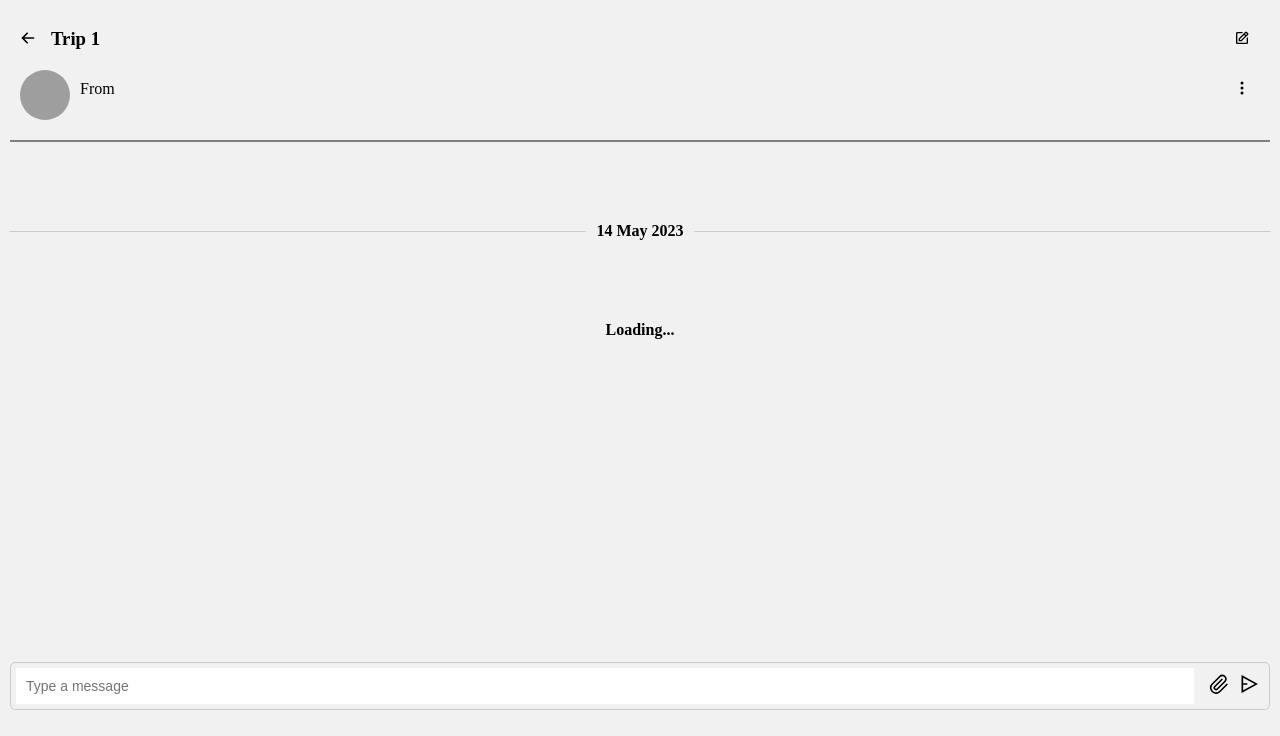
Repository: Abhi2359/PWA_Corider
Page: /
An editor plug-in stored every save of this project. The page is shown before and after the next save, followed by the edit.
The browser window is 1280 px wide. The pictures show the whole page.
Pictures or frames that could not be fetched are drawn as grey boxes. The page's requests for data from a server got no answer. The project was rebuilt for these pictures with package versions that can differ from the ones it lists, and the page was loaded fresh each time. No one was signed in, and anything a server would have sent is missing. Also part of the build but not shown: vite.config.js, src/chatInput/Chat.css, src/chatInput/Chat.jsx.

Above is the page before, as saved 2023-05-14 20:28:11.

### src/App.jsx
import { useEffect, useState ,lazy,Suspense,useCallback} from "react";
import styles from "./App.css";
import { fetchData } from "./api/fetchData";
import Header from "./Header/Header";
import Chat from "./chatInput/Chat";
import ChatInput from "./chatInput/ChatInput";
import InfiniteScroll from "react-infinite-scroll-component";
import LazyLoad from "react-lazy-load";
const LazyChat = lazy(() => import("./chatInput/Chat"));

function App() {
  const [data, setData] = useState([]);
  const [isLoading, setIsLoading] = useState(false);
  const [error, setError] = useState(null);
  const [currentPage, setCurrentPage] = useState(1);
  const [hasMore, setHasMore] = useState(true);
  const [from, setFrom] = useState("");
  const [to, setTo] = useState("");

  const fetchDataFromApi = useCallback(async () => {
    if (!hasMore) return;
    setIsLoading(true);

    try {
      const apiData = await fetchData(currentPage);
      const apiResponse = apiData.chats;

      if (apiResponse.length === 0) {
        setHasMore(false);
      } else {
        setData((prevData) => [...prevData, ...apiResponse]);
        setCurrentPage((prevPage) => prevPage + 1);
      }
    } catch (error) {
      setError(error.message);
    }

    setIsLoading(false);
  }, [currentPage, hasMore]);

  useEffect(() => {
    fetchDataFromApi();
  }, [fetchDataFromApi]);

  const handleScroll = useCallback(() => {
    const scrollTop =
      (document.documentElement && document.documentElement.scrollTop) ||
      document.body.scrollTop;
    const scrollHeight =
      (document.documentElement && document.documentElement.scrollHeight) ||
      document.body.scrollHeight;
    const clientHeight =
      document.documentElement.clientHeight || window.innerHeight;
    const scrollPosition = scrollTop + clientHeight;

    if (scrollPosition >= scrollHeight - 200) {
      fetchDataFromApi();
    }
  }, [fetchDataFromApi]);

  useEffect(() => {
    window.addEventListener("scroll", handleScroll);
    return () => window.removeEventListener("scroll", handleScroll);
  }, [handleScroll]);
  return (
    <>
      <div className="layout">
        <div className="header_section">
          <Header />
          <div className="chat_container">
            <InfiniteScroll
              dataLength={data.length}
              next={fetchDataFromApi}
              hasMore={hasMore}
              scrollThreshold={0.8}
              className="chat_list"
              loader={<h4 style={{ textAlign: "center" }}>Loading...</h4>}
            >
              <ul className="chat_list">
                {data.map((chat) => (
                  <li key={chat.id}>
                    <Suspense fallback={<div>Loading...</div>}>
                      <LazyChat
                        message={chat.message}
                        image={chat.sender.image}
                      />
                    </Suspense>
                  </li>
                ))}
              </ul>
            </InfiniteScroll>
          </div>
        </div>
         <div>
          <footer className="footer">
            <ChatInput />
          </footer>
        </div>
      </div>
    </>
  );
}

export default App;

### src/App.css
.layout{
    position: relative;
width: 100%;
height: 100vh;
background: #FAF9F4;
border-radius: 32px;
}

.header_section {
    position: fixed;
    top: 0;
    left: 0;
    right: 0;
    background-color: #f1f1f1;
    padding: 10px;
    z-index: 1;
  }

  .chat_container {
    margin-top: 60px; /* Adjust the margin to give space below the fixed header */
    overflow: auto;
    flex-grow: 1;
    height: calc(100vh - 120px); /* Adjust the height based on header and footer heights */
  }

  .chat_list {
    list-style: none;
    padding: 0;
    margin: 0;
  }

  .footer {
    position: fixed;
    bottom: 0;
    left: 0;
    right: 0;
    background-color: #f1f1f1;
    padding: 10px;
    z-index: 1;
  }

  /* Optional styles for scrollable chat section */
  .chat_container::-webkit-scrollbar {
    width: 8px;
  }

  .chat_container::-webkit-scrollbar-track {
    background-color: #f1f1f1;
  }

  .chat_container::-webkit-scrollbar-thumb {
    background-color: #888;
    border-radius: 4px;
  }

  .chat_container::-webkit-scrollbar-thumb:hover {
    background-color: #555;
  }

### src/api/fetchData.jsx
import axios from "axios";

const API_URL = "http://3.111.128.67/assignment/chat";

export const fetchData = async (page) => {
    try {
      const response = await axios.get(`http://3.111.128.67/assignment/chat?page=${page}`, {
        params: { page },
      });
      return response.data;
    } catch (error) {
      throw new Error('Error while fetching data');
    }
  };

### src/Header/Header.jsx
import React ,{useState}from "react";
import { HiArrowLeft } from "react-icons/hi";
import { BiEdit } from "react-icons/bi";
import { BsThreeDotsVertical } from "react-icons/bs";
import styles from "./Header.css"
import Card from "../Card/Card";

const Header = ({ from, to }) => {
  const [isCardVisible, setIsCardVisible] = useState(false);

  const handleToggleCard = () => {
    setIsCardVisible(!isCardVisible);
  };
  return (
    <>
      <div className="header">
        <div className="trip">
          <div className="icon">
            <HiArrowLeft />
          </div>
          <div className="trip_no">
            <h3 className="no">Trip 1</h3>
          </div>
          <div className="edit_icon">
            <BiEdit />
          </div>
        </div>
        <div className="trip_details">
          <div className="user_icon">
            <img
              src="https://fastly.picsum.photos/id/1072/160/160.jpg?hmac=IDpbpA5neYzFjtkdFmBDKXwgr-907ewXLa9lLk9JuA8"
              alt=""
            />
          </div>
          <div className="travel_data">From {from}</div>
          <div className="dot_icon" onClick={handleToggleCard}>
            <BsThreeDotsVertical />
          </div>
        </div>
        <div className="toggle-card">
        {isCardVisible && <Card  />}
        </div>
        <div className="horizontal_line">

        <div className="line"></div>
        </div>
        <div className="date_section">
          <div className="date_line"></div>
          <div className="date">14 May 2023</div>
          <div className="date_line"></div>
        </div>
      </div>
    </>
  );
};

export default Header;

### src/chatInput/ChatInput.jsx
import React from 'react'
import {GrAttachment}  from "react-icons/gr"
import {RiSendPlane2Line}  from "react-icons/ri"
import styles from "./ChatInput.css"
const ChatInput = () => {
  return (
  <>


  <div class="chat-input-container">
  <input type="text" class="chat-input" placeholder="Type a message"/>
  <div class="icon-container">
   <div className="attachment"><GrAttachment/></div>
   <div className="send"><RiSendPlane2Line/></div>
  </div>
</div>


  </>
  )
}

export default ChatInput

### src/Header/Header.css
.header {
  height: 40%;
  width: 100%;
  box-shadow: darkgrey;
  position: relative;
}

.trip {
  padding-top: 20px;
  padding-left: 10px;
  display: flex;
  flex-direction: row;
  justify-content: space-between;
  height: 20%;
}

.icon {
  margin-right: 5px;
}

.trip_no {
  margin-right: auto;

  width: auto;
  padding: 10px 10px;
  height: 30px;
  margin-top: -10px;
}
.trip_no h3 {
  margin-top: -2px;
}

.edit_icon {
  margin-right: 20px;
}

.trip_details {
  display: flex;
  flex-direction: row;
  justify-content: space-between;
  padding-left: 10px;
  height: 40%;
}

.travel_data {
  margin-right: auto;
  margin-top: 10px;
}

.user_icon {
  width: 50px;
  height: 50px;
  border-radius: 50%;
  overflow: hidden;
  margin-right: 10px;
}

.user_icon img {
  width: 100%;
  height: 100%;
  object-fit: cover;
}

.dot_icon {
  margin-top: 10px;
  margin-right: 20px;
}

.horizontal_line {
  padding-top: 20px;
}
.line {
  border: 1px solid grey;
  height: 0px;
  background-color: black;
}

.date_section {
    display: flex;
    align-items: center;
    margin-bottom: 10px;
    margin-top: 80px;
  }

  .date_line {
    flex-grow: 1;
    height: 1px;
    background-color: #ccc;
  }

  .date {
    margin: 0 10px;
    font-weight: bold;
  }

### src/chatInput/ChatInput.css
.chat-input-container {
    display: flex;
    align-items: center;
    border: 1px solid #ccc;
    border-radius: 5px;
    padding: 5px;
  }

  .chat-input {
    flex-grow: 1;
    border: none;
    outline: none;
    padding: 10px;
    font-size: 14px;
  }

  .icon-container {
    display: flex;
    align-items: center;
    margin-left: 10px;
  }

  .attachment,
  .send {
    cursor: pointer;
    padding: 5px;
  }

  .attachment:hover,
  .send:hover {
    background-color: #f1f1f1;
    border-radius: 50%;
  }

  .attachment > svg,
  .send > svg {
    width: 20px;
    height: 20px;
  }

### src/Card/Card.jsx
import React from "react";
import { FiUsers, FiPhoneCall, FiAlertCircle } from "react-icons/fi";

const Card = () => {
  return (
    <div className="card-body">
      <div className="members">
        <div className="icon">
          <FiUsers />
        </div>

        <div className="text">
          <p>Members</p>
        </div>
      </div>
      <div className="share-members">
        <div className="icon">
          <FiPhoneCall />
        </div>
        <div className="text">
          <p>Share Members</p>
        </div>
      </div>
      <div className="report">
        <div className="icon">
          <FiAlertCircle />
        </div>
        <div className="text">
          <p>Report</p>
        </div>
      </div>
    </div>
  );
};

export default Card;

Loaded but not shown: index.html (common file); src/main.jsx (common file)

After the next save:
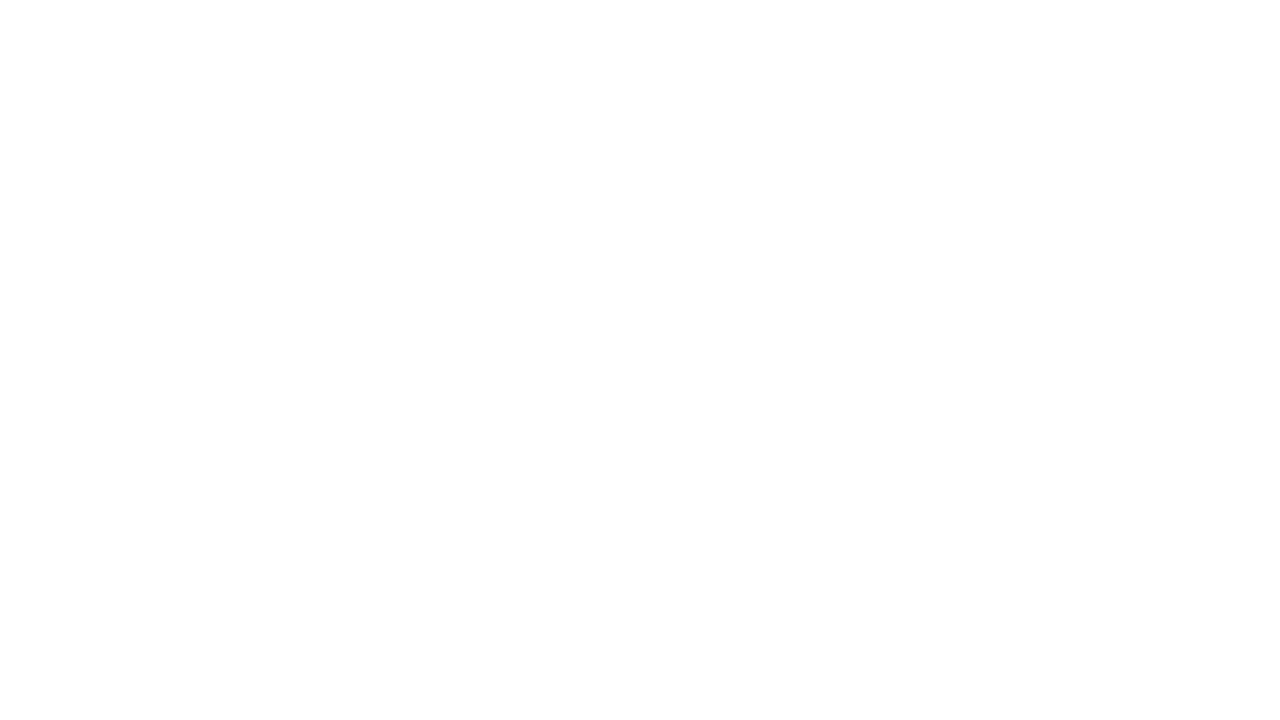
Console error: ReferenceError: impo is not defined
Saved 28 s later.
--- a/src/Card/Card.jsx
+++ b/src/Card/Card.jsx
@@ -1,6 +1,6 @@
 import React from "react";
 import { FiUsers, FiPhoneCall, FiAlertCircle } from "react-icons/fi";
-
+impo
 const Card = () => {
   return (
     <div className="card-body">

After the 2 saves that followed:
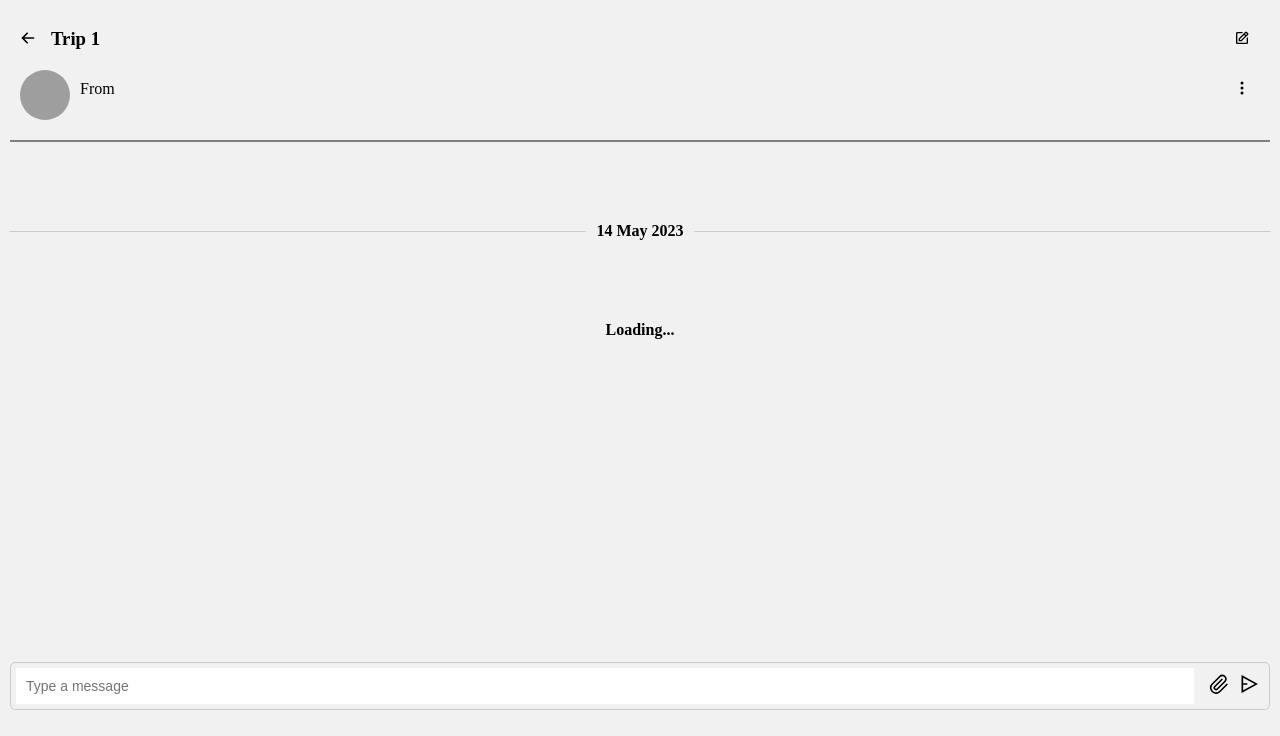
The error is gone.
The 2 saves are shown as one change because they came seconds apart.
The last was saved 6 s later.
--- a/src/Card/Card.jsx
+++ b/src/Card/Card.jsx
@@ -1,6 +1,6 @@
 import React from "react";
 import { FiUsers, FiPhoneCall, FiAlertCircle } from "react-icons/fi";
-impo
+import styles from ""
 const Card = () => {
   return (
     <div className="card-body">
